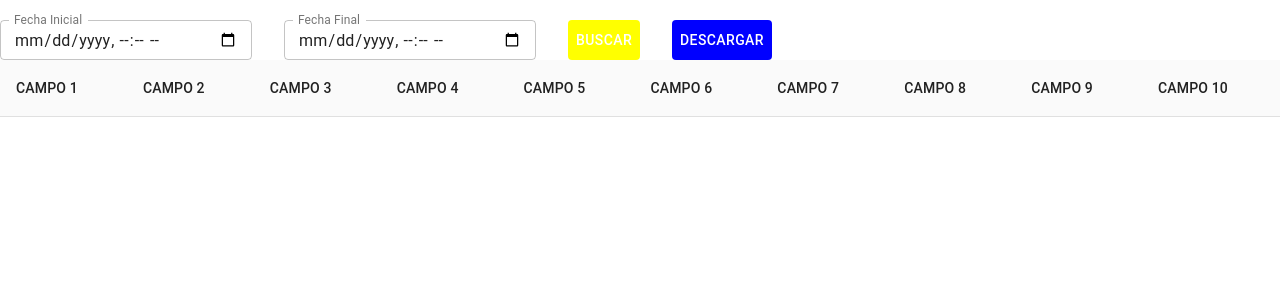
Repository: rafaelpc13/FRONT_RFNEW
Page: /
An editor plug-in stored every save of this project. The page is shown before and after the next save, followed by the edit.
The browser window is 1280 px wide. The pictures show the whole page.
The project was rebuilt for these pictures with package versions that can differ from the ones it lists, and the page was loaded fresh each time.

Above is the page before, as saved 2022-10-29 11:46:42.

### public/index.html
<!DOCTYPE html>
<html lang="en">
  <head>
    <meta charset="utf-8" />
    <link rel="icon" href="%PUBLIC_URL%/favicon.ico" />
    <meta name="viewport" content="width=device-width, initial-scale=1" />
    <meta name="theme-color" content="#000000" />
    <meta
      name="description"
      content="Web site created using create-react-app"
    />
    <link rel="apple-touch-icon" href="%PUBLIC_URL%/logo192.png" />
    <!--
      manifest.json provides metadata used when your web app is installed on a
      user's mobile device or desktop. See https://developers.google.com/web/fundamentals/web-app-manifest/
    -->
    <link rel="manifest" href="%PUBLIC_URL%/manifest.json" />
    <!--
      Notice the use of %PUBLIC_URL% in the tags above.
      It will be replaced with the URL of the `public` folder during the build.
      Only files inside the `public` folder can be referenced from the HTML.

      Unlike "/favicon.ico" or "favicon.ico", "%PUBLIC_URL%/favicon.ico" will
      work correctly both with client-side routing and a non-root public URL.
      Learn how to configure a non-root public URL by running `npm run build`.
    -->
    <title>RIFAS</title>
  </head>
  <body>
    <noscript>You need to enable JavaScript to run this app.</noscript>
    <div id="root"  ></div>
    <!--
      This HTML file is a template.
      If you open it directly in the browser, you will see an empty page.

      You can add webfonts, meta tags, or analytics to this file.
      The build step will place the bundled scripts into the <body> tag.

      To begin the development, run `npm start` or `yarn start`.
      To create a production bundle, use `npm run build` or `yarn build`.
    -->
  </body>
</html>

### src/index.js
import React from 'react';
import ReactDOM from 'react-dom/client';
import './index.css';
import App from './App';
import reportWebVitals from './reportWebVitals';

const root = ReactDOM.createRoot(document.getElementById('root'));
root.render(

    <App  />

);

// If you want to start measuring performance in your app, pass a function
// to log results (for example: reportWebVitals(console.log))
// or send to an analytics endpoint. Learn more: https://bit.ly/CRA-vitals
reportWebVitals();

### src/App.js
import logo from './logo.svg';
import './App.css';
import { TableContainer, Table, TableBody, TableRow, TableCell, TableHead } from '@material-ui/core'
import { Input, TextField, Button} from '@material-ui/core'
function App() {
  return (
    <div className="App">
      <div style={{ display: 'flex', marginTop: '20px',gap:'2rem' }}>
        <TextField
          type="datetime-local"
          label="Fecha Inicial"
          variant="outlined"
          size="small"
          InputLabelProps={{
            shrink: true
          }}
        />

        <TextField
          type="datetime-local"
          label="Fecha Final"
          variant="outlined"
          size="small"
          InputLabelProps={{
            shrink: true
          }}
        />
         <Button  style={{ background:"yellow",color:'white' }}>
          Buscar</Button>

        <Button  style={{ background:"blue",color:'white' }}>
          Descargar</Button>

        {/* <h3>Restaurante</h3> */}

      </div>
      <TableContainer>
        <Table className="min-w-xl" stickyHeader aria-label="sticky table" aria-labelledby="tableTitle">
          <TableHead>
            <TableRow className="h-48 sm:h-64">
              <TableCell>CAMPO 1</TableCell>
              <TableCell>CAMPO 2</TableCell>
              <TableCell>CAMPO 3</TableCell>
              <TableCell>CAMPO 4</TableCell>
              <TableCell>CAMPO 5</TableCell>
              <TableCell>CAMPO 6</TableCell>
              <TableCell>CAMPO 7</TableCell>
              <TableCell>CAMPO 8</TableCell>
              <TableCell>CAMPO 9</TableCell>
              <TableCell>CAMPO 10</TableCell>
            </TableRow>
          </TableHead>
        </Table>
      </TableContainer>
    </div>
  );
}

export default App;

Loaded but not shown: src/index.css (common file); src/reportWebVitals.js (common file); src/App.css (common file)

After the next save:
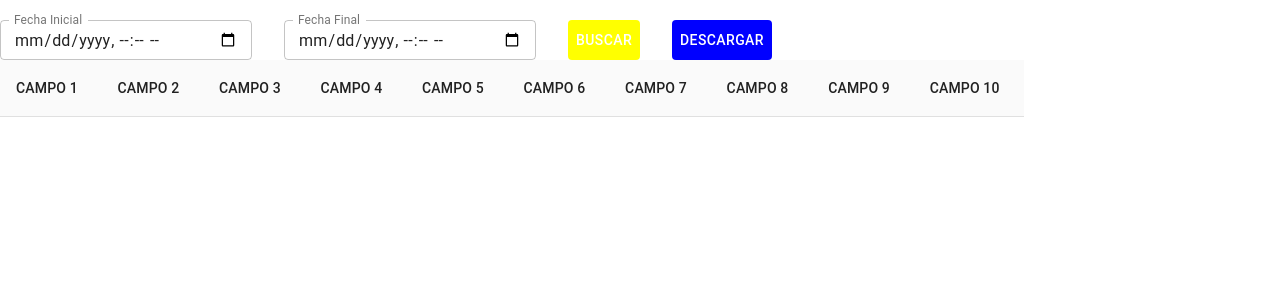
Saved 27 min 46 s later.
--- a/src/App.js
+++ b/src/App.js
@@ -34,7 +34,7 @@
         {/* <h3>Restaurante</h3> */}
 
       </div>
-      <TableContainer>
+      <TableContainer style={{ width:'80%'}}>
         <Table className="min-w-xl" stickyHeader aria-label="sticky table" aria-labelledby="tableTitle">
           <TableHead>
             <TableRow className="h-48 sm:h-64">

After the 2 saves that followed:
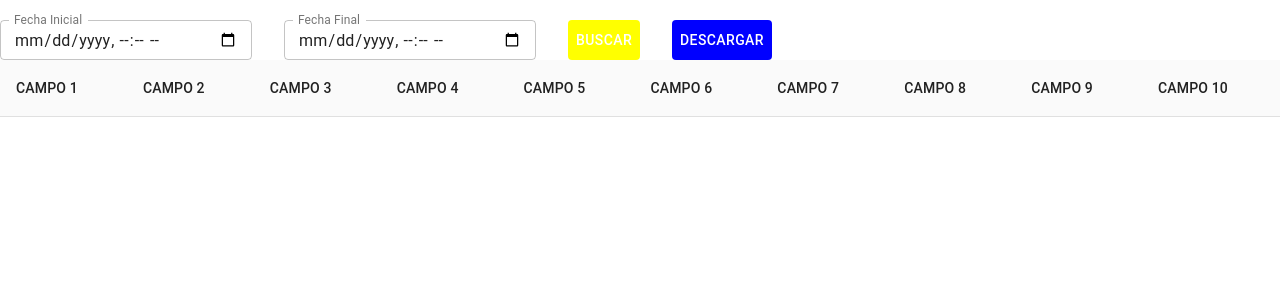
The 2 saves are shown as one change because 1 left the picture as it was.
The last was saved 36 s later.
--- a/src/App.js
+++ b/src/App.js
@@ -34,7 +34,7 @@
         {/* <h3>Restaurante</h3> */}
 
       </div>
-      <TableContainer style={{ width:'80%'}}>
+      <TableContainer >
         <Table className="min-w-xl" stickyHeader aria-label="sticky table" aria-labelledby="tableTitle">
           <TableHead>
             <TableRow className="h-48 sm:h-64">
